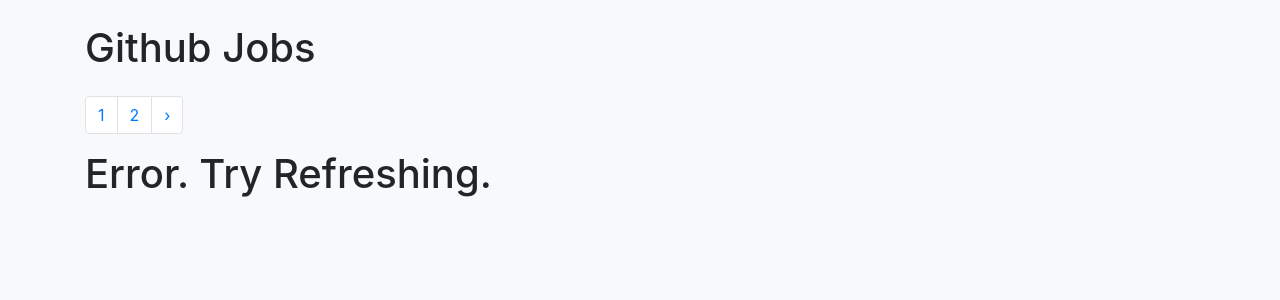
Repository: Nakamurus/github_jobs_react_hooks_typescript
Page: /
These files come from the project's save history. The page is drawn as it stood at one moment and after the next save; the edit follows.
The browser window is 1280 px wide. The pictures show the whole page.
The page's requests for data from a server got no answer. The project was rebuilt for these pictures with package versions that can differ from the ones it lists, and the page was loaded fresh each time. No one was signed in, and anything a server would have sent is missing. Also part of the build but not shown: src/Job.tsx.

Above is the page before, as saved 2021-02-07 14:15:05.

After the next save:
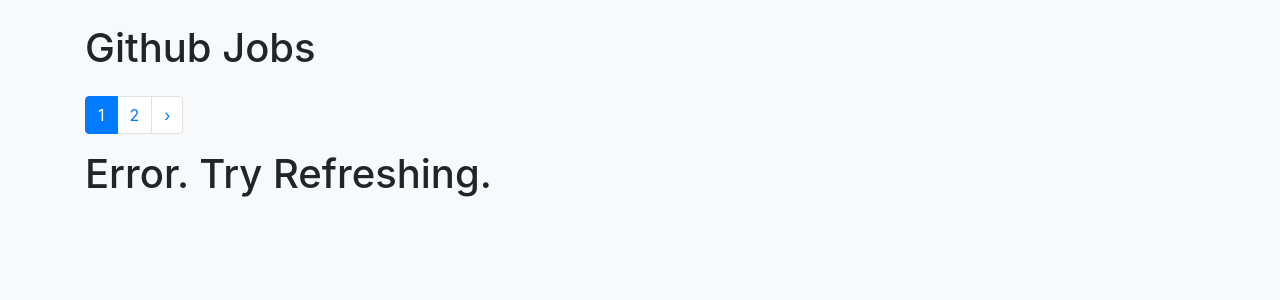
Saved 53 s later.
--- a/src/JobsPagination.tsx
+++ b/src/JobsPagination.tsx
@@ -8,7 +8,7 @@
             { page !== 1 && <Pagination.Item>1</Pagination.Item>}
             { page > 2 && < Pagination.Ellipsis  />}
             { page !== 1 && <Pagination.Item> { page - 1}</Pagination.Item>}
-            <Pagination.Item> { page }</Pagination.Item>
+            <Pagination.Item active> { page }</Pagination.Item>
             <Pagination.Item> { page + 1}</Pagination.Item>
             <Pagination.Next />
         </Pagination>
